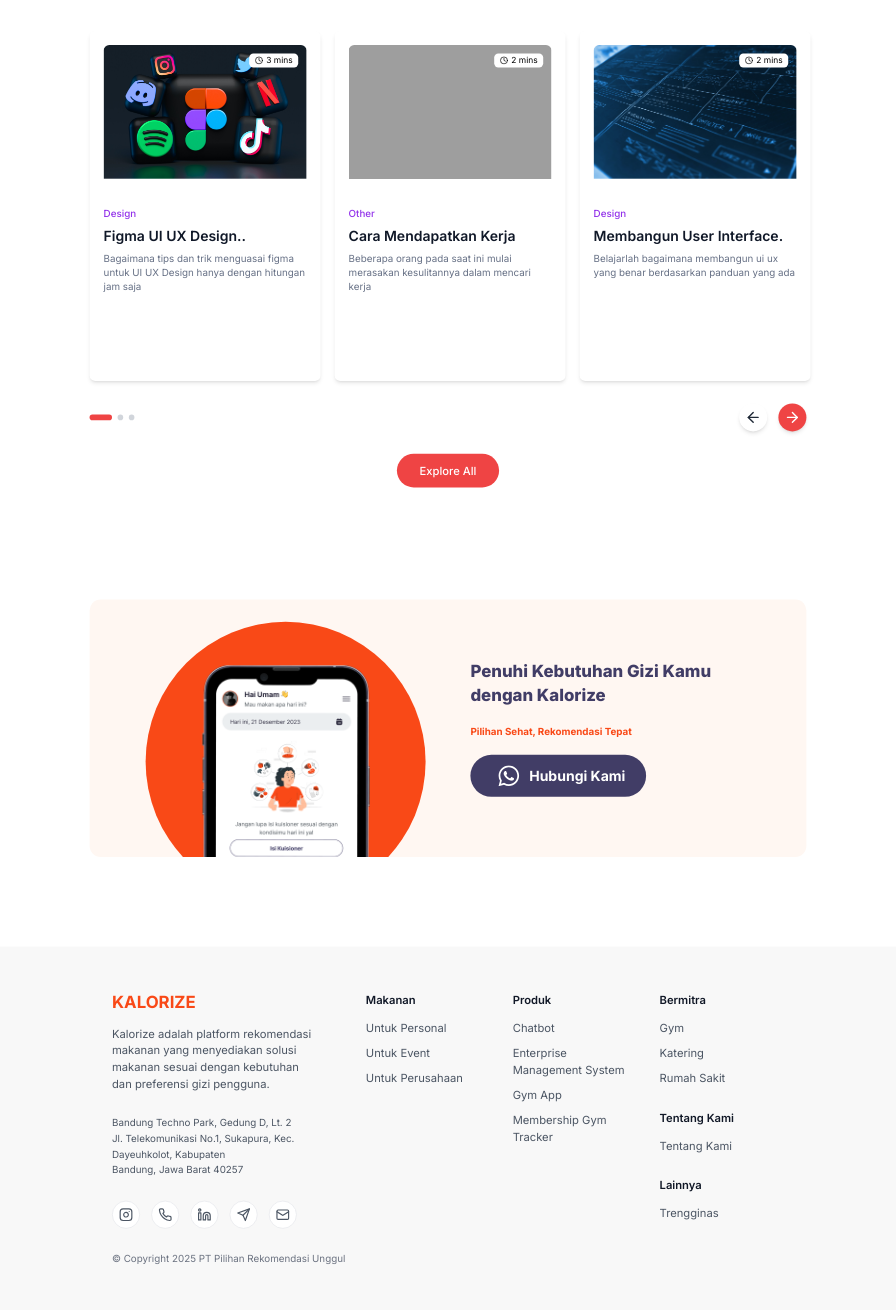
Repository: kalorizeofficial/new-main-web-kalorize
Page: /
These files come from the project's save history. The page is drawn as it stood at one moment and after the next save; the edit follows.
The browser window is 1280 px wide. The pictures show the part of the page from y = 1316 to 3236 px (the page is 3187 px tall before and 3236 px after), at 70% of full size.
Pictures or frames that could not be fetched are drawn as grey boxes. The project was rebuilt for these pictures with package versions that can differ from the ones it lists, and the page was loaded fresh each time.

Above is the page before, as saved 2025-02-23 18:21:00.

After the next save:
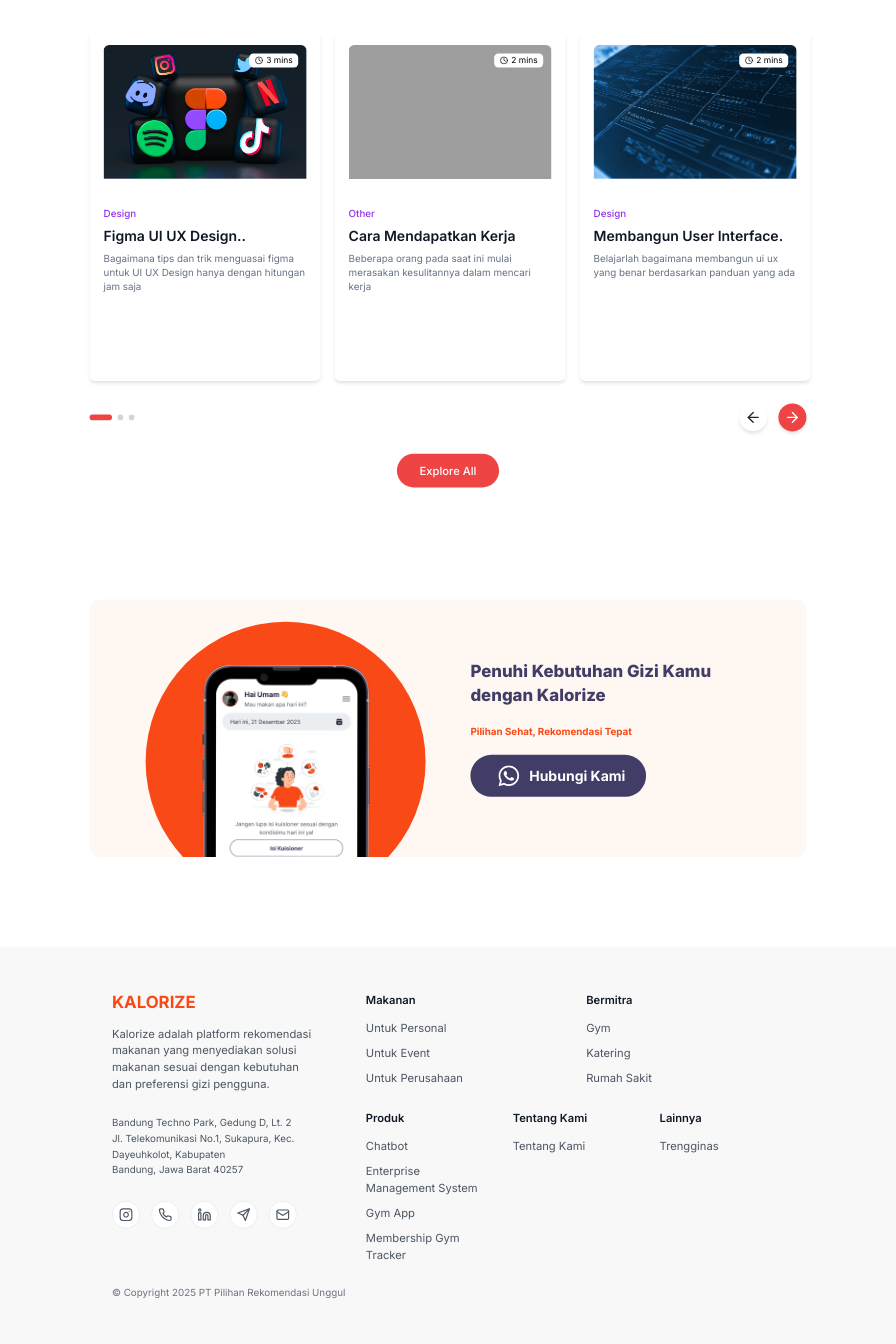
Saved 3 min 31 s later.
--- a/src/components/layout/Footer.jsx
+++ b/src/components/layout/Footer.jsx
@@ -49,7 +49,8 @@
 
           {/* Right Navigation Links */}
           <div className="col-span-8 pl-8">
-            <div className="grid grid-cols-3 gap-8">
+            {/* First Row Section */}
+            <div className="grid grid-cols-2 gap-8 mb-8">
               <div>
                 <h3 className="font-semibold text-gray-900 mb-4">Makanan</h3>
                 <ul className="space-y-3">
@@ -80,6 +81,39 @@
                 </ul>
               </div>
 
+              <div>
+                <h3 className="font-semibold text-gray-900 mb-4">Bermitra</h3>
+                <ul className="space-y-3">
+                  <li>
+                    <a
+                      href="/partners/gym"
+                      className="text-gray-600 hover:text-gray-900"
+                    >
+                      Gym
+                    </a>
+                  </li>
+                  <li>
+                    <a
+                      href="/partners/catering"
+                      className="text-gray-600 hover:text-gray-900"
+                    >
+                      Katering
+                    </a>
+                  </li>
+                  <li>
+                    <a
+                      href="/partners/hospital"
+                      className="text-gray-600 hover:text-gray-900"
+                    >
+                      Rumah Sakit
+                    </a>
+                  </li>
+                </ul>
+              </div>
+            </div>
+
+            {/* Second Row Section */}
+            <div className="grid grid-cols-3 gap-8">
               <div>
                 <h3 className="font-semibold text-gray-900 mb-4">Produk</h3>
                 <ul className="space-y-3">
@@ -119,63 +153,33 @@
               </div>
 
               <div>
-                <h3 className="font-semibold text-gray-900 mb-4">Bermitra</h3>
+                <h3 className="font-semibold text-gray-900 mb-4">
+                  Tentang Kami
+                </h3>
                 <ul className="space-y-3">
                   <li>
                     <a
-                      href="/partners/gym"
+                      href="/about"
                       className="text-gray-600 hover:text-gray-900"
                     >
-                      Gym
-                    </a>
-                  </li>
-                  <li>
-                    <a
-                      href="/partners/catering"
-                      className="text-gray-600 hover:text-gray-900"
-                    >
-                      Katering
-                    </a>
-                  </li>
-                  <li>
-                    <a
-                      href="/partners/hospital"
-                      className="text-gray-600 hover:text-gray-900"
-                    >
-                      Rumah Sakit
+                      Tentang Kami
                     </a>
                   </li>
                 </ul>
+              </div>
 
-                <div className="mt-8">
-                  <h3 className="font-semibold text-gray-900 mb-4">
-                    Tentang Kami
-                  </h3>
-                  <ul className="space-y-3">
-                    <li>
-                      <a
-                        href="/about"
-                        className="text-gray-600 hover:text-gray-900"
-                      >
-                        Tentang Kami
-                      </a>
-                    </li>
-                  </ul>
-                </div>
-
-                <div className="mt-8">
-                  <h3 className="font-semibold text-gray-900 mb-4">Lainnya</h3>
-                  <ul className="space-y-3">
-                    <li>
-                      <a
-                        href="/trengginas"
-                        className="text-gray-600 hover:text-gray-900"
-                      >
-                        Trengginas
-                      </a>
-                    </li>
-                  </ul>
-                </div>
+              <div>
+                <h3 className="font-semibold text-gray-900 mb-4">Lainnya</h3>
+                <ul className="space-y-3">
+                  <li>
+                    <a
+                      href="/trengginas"
+                      className="text-gray-600 hover:text-gray-900"
+                    >
+                      Trengginas
+                    </a>
+                  </li>
+                </ul>
               </div>
             </div>
           </div>
